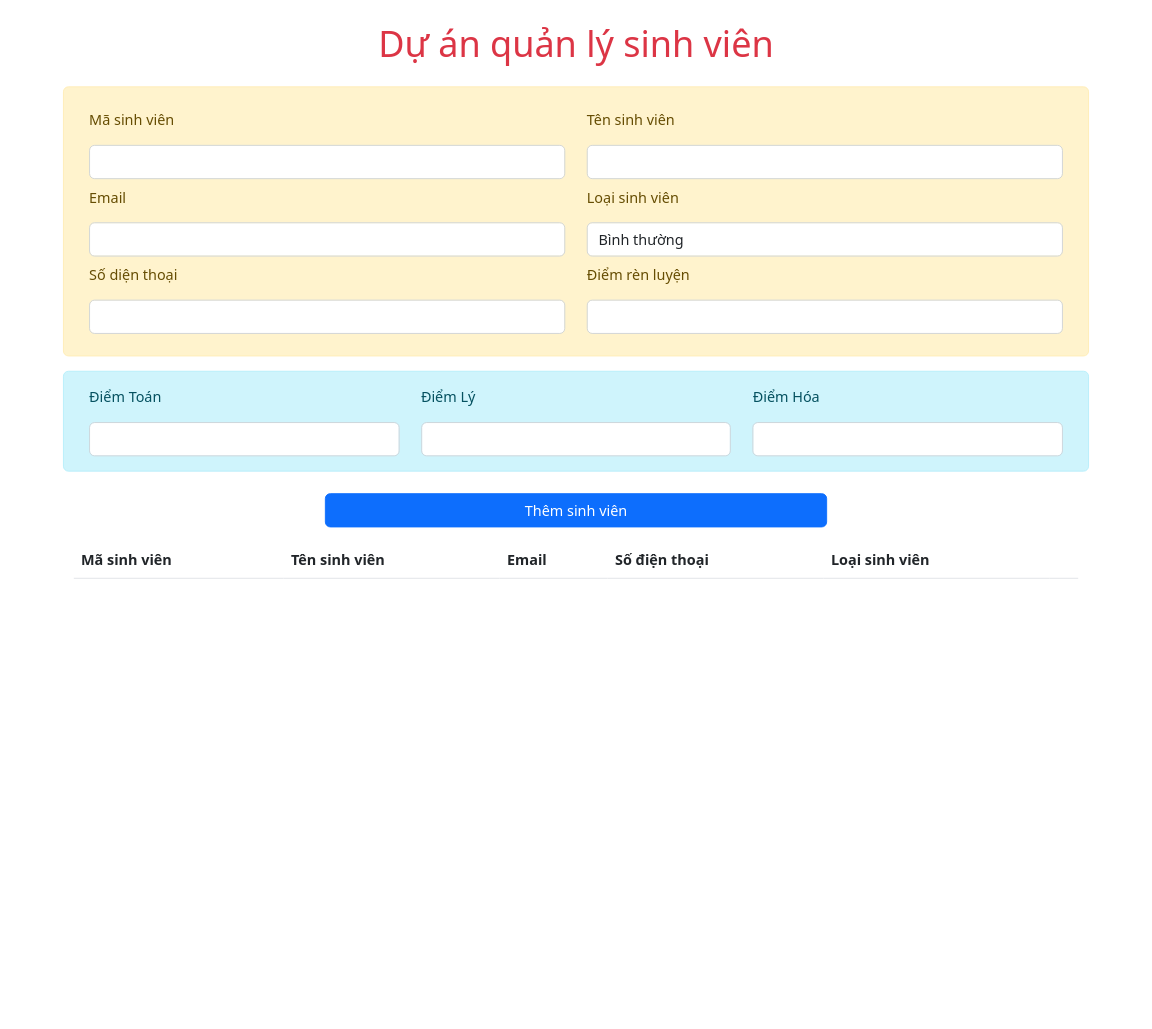
Repository: hcozyph/Cybersoft_JS_OOP
Page: index.html
These files come from the project's save history. The page is drawn as it stood at one moment and after the next save; the edit follows.
The browser window is 1280 px wide. The pictures show the whole page, at 90% of full size.

Above is the page before, as saved 2023-02-26 11:13:45.

After the next save:
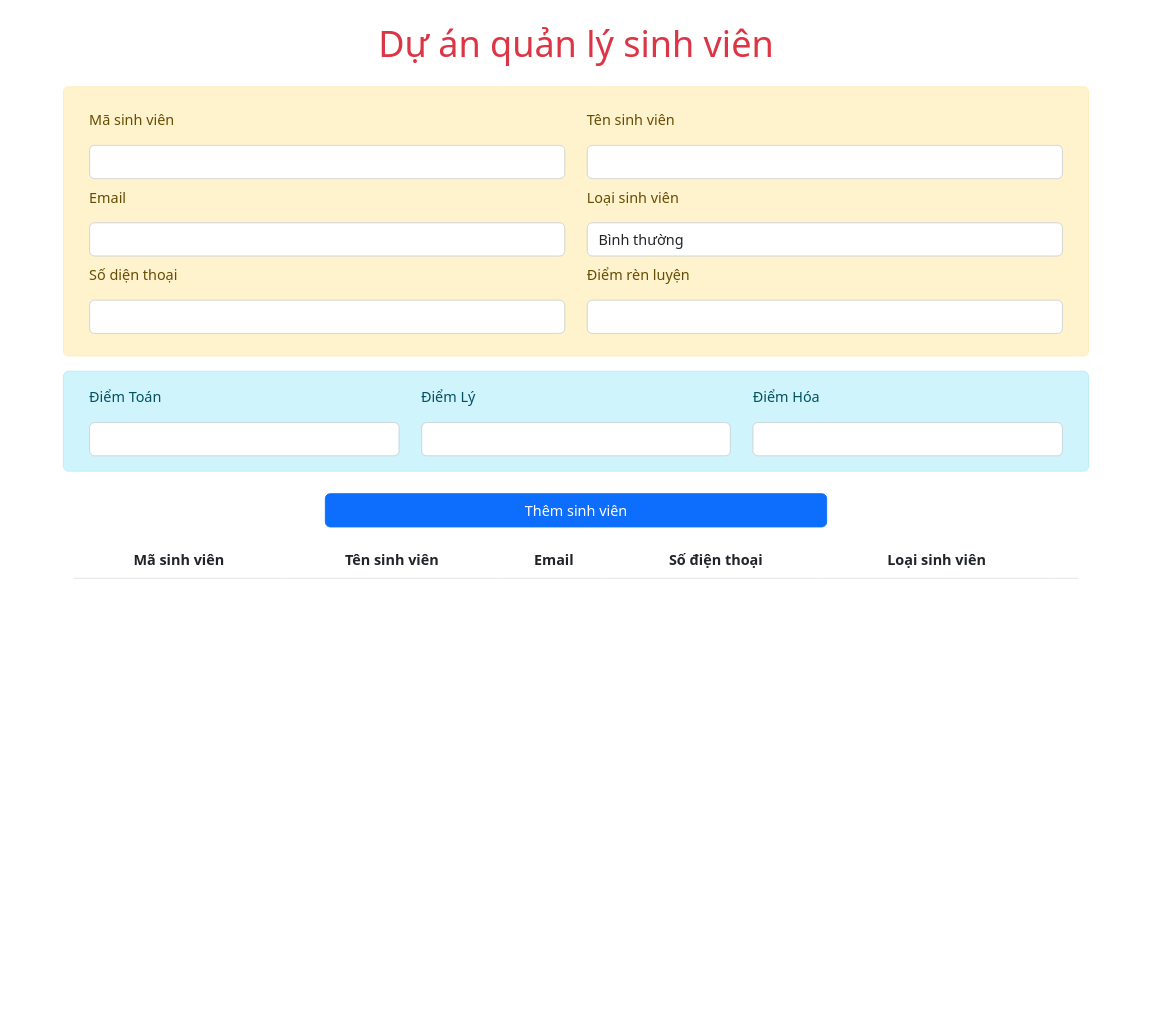
Saved 32 s later.
--- a/index.html
+++ b/index.html
@@ -90,7 +90,7 @@
 
                 <table class="table mt-2">
                     <thead>
-                        <tr style="    vertical-align: baseline">
+                        <tr style="    vertical-align: baseline; text-align: center;">
                             <th>Mã sinh viên</th>
                             <th>Tên sinh viên</th>
                             <th>Email</th>
